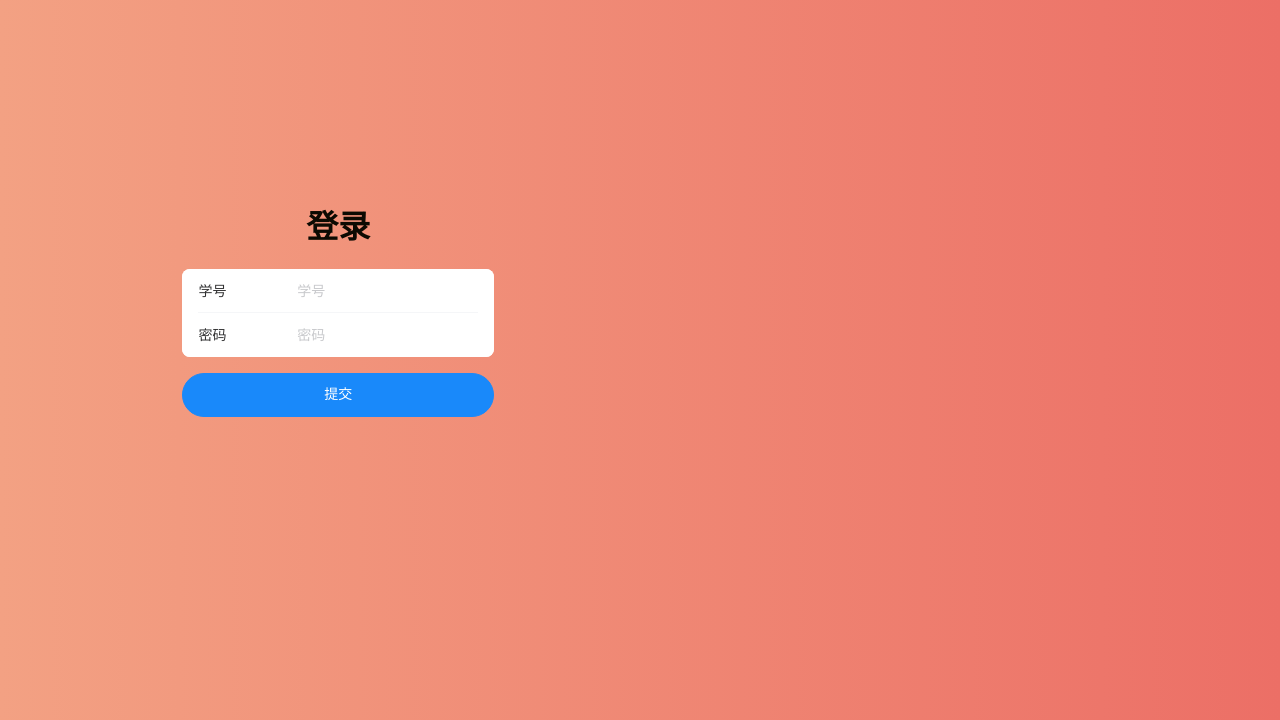
Repository: Qwenicq/new_sys
Page: /login (app in new-syws/)
The author's editor kept a copy of each file at every save. The page is drawn from the files as they stood at one save, then again after the next save.
The browser window is 1280 px wide. The pictures show the whole page.
The project was rebuilt for these pictures with package versions that can differ from the ones it lists, and the page was loaded fresh each time. Also part of the build but not shown: new-syws/vite.config.js, new-syws/src/components/user.vue.

Above is the page before, as saved 2024-01-27 12:53:53.

### new-syws/src/router/index.js
import { createRouter, createWebHistory } from 'vue-router'

const router = createRouter({
  history: createWebHistory(import.meta.env.BASE_URL),
  routes: [
    { path: '/login', component: () => import('@/views/login/LoginPage.vue') },
    {
      path: '/',
      component: () => import('@/views/layout/LayoutPage.vue'),
      redirect: '/index/content',
      children: [
        {
          path: '/index/content',
          component: () => import('@/views/layout/LayContain.vue')
        },
        {
          path: '/index/user',
          component: () => import('@/views/user/UserPage.vue')
        }
      ]
    },
    {
      path: '/android',
      component: () => import('@/views/detail/AndroidPage.vue')
    },
    { path: '/ios', component: () => import('@/views/detail/IosPage.vue') },
    { path: '/lab', component: () => import('@/views/detail/LabPage.vue') },
    {
      path: '/server',
      component: () => import('@/views/detail/ServerPage.vue')
    },
    { path: '/web', component: () => import('@/views/detail/WebPage.vue') }
  ]
})

export default router

### new-syws/src/views/login/LoginPage.vue
<script setup></script>

<template>
  <div class="Bg">
    <div class="main">
      <h1>登录</h1>
      <van-form @submit="onSubmit">
        <van-cell-group inset>
          <van-field
            v-model="username"
            name="学号"
            label="学号"
            placeholder="学号"
            :rules="[{ required: true, message: '请填写学号' }]"
          />
          <van-field
            v-model="password"
            type="password"
            name="密码"
            label="密码"
            placeholder="密码"
            :rules="[{ required: true, message: '请填写密码' }]"
          />
        </van-cell-group>
        <div style="margin: 16px">
          <van-button round block type="primary" native-type="submit">
            提交
          </van-button>
        </div>
      </van-form>
    </div>
  </div>
</template>

<style scoped>
.Bg {
  font-family: 'STKaiti', '华文楷体', sans-serif;
  position: relative;
  height: 100vh;
  background: #ec6f66; /* fallback for old browsers */
  background: -webkit-linear-gradient(
    to right,
    #f3a183,
    #ec6f66
  ); /* Chrome 10-25, Safari 5.1-6 */
  background: linear-gradient(
    to right,
    #f3a183,
    #ec6f66
  ); /* W3C, IE 10+/ Edge, Firefox 16+, Chrome 26+, Opera 12+, Safari 7+ */
}

h1 {
  text-align: center;
  color: #0c0a02;
}
.main {
  position: absolute;
  top: 25%;
  left: 13%;
}
</style>

Loaded but not shown: new-syws/index.html (common file); new-syws/src/main.js (common file); new-syws/src/App.vue (common file)

After the next save:
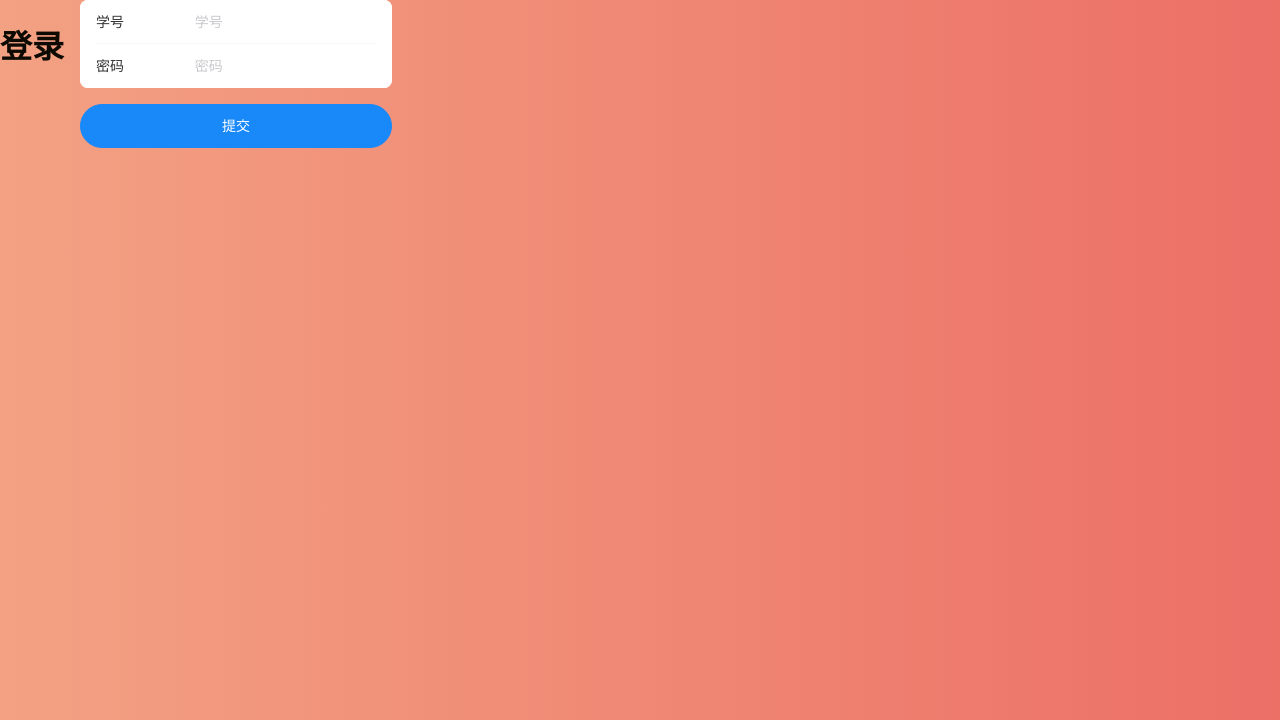
Saved 62 s later.
--- a/new-syws/src/views/login/LoginPage.vue
+++ b/new-syws/src/views/login/LoginPage.vue
@@ -55,8 +55,7 @@
   color: #0c0a02;
 }
 .main {
-  position: absolute;
-  top: 25%;
-  left: 13%;
+  display: flex;
+  justify-items: center;
 }
 </style>
